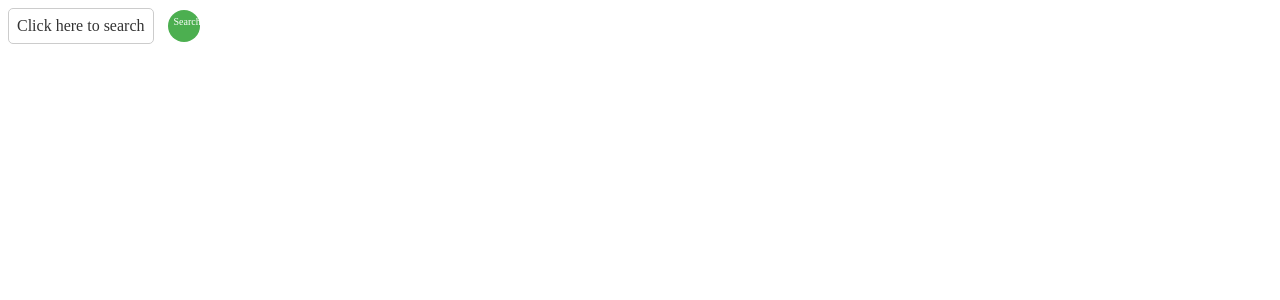
Repository: samoshi/To-do
Page: http://localhost/
These files come from the project's save history. The page is drawn as it stood at one moment and after the next save; the edit follows.
The browser window is 1280 px wide. The pictures show the whole page.
The page is served by the project's application, run on Flask 3 (app/app.py). Queries for data that is not in the repository find no rows.

Above is the page before, as saved 2024-01-14 20:29:11.

After the next save:
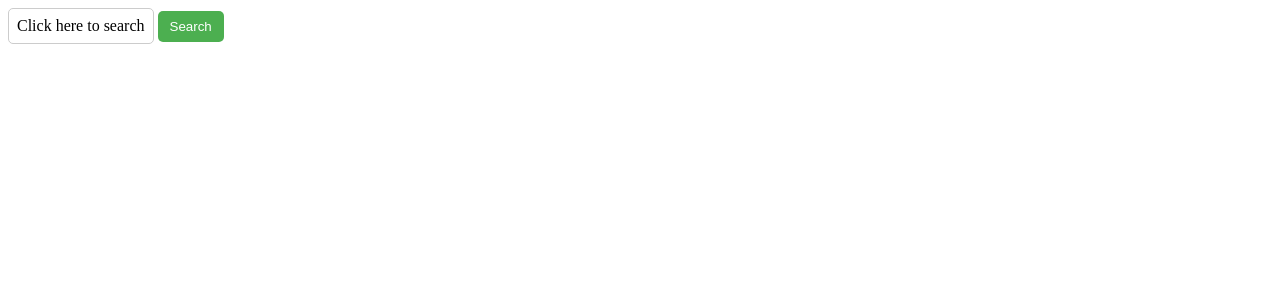
Saved 34 s later.
--- a/app/templates/index.html
+++ b/app/templates/index.html
@@ -5,12 +5,6 @@
     <meta name="viewport" content="width=device-width, initial-scale=1.0">
     <title>Clickable Search Bar</title>
     <style>
-        /* Container for the search bar and button */
-        .search-container {
-            position: relative;
-            display: inline-block;
-        }
-
         /* Style for the clickable search bar */
         .search-bar {
             display: inline-block;
@@ -18,47 +12,31 @@
             padding: 8px;
             border-radius: 5px;
             cursor: pointer;
-            text-decoration: none;
-            color: #333;
-            margin-right: 20px; /* Adjust the margin as needed */
         }
 
         /* Style for the search button */
         .search-button {
-            position: absolute;
-            top: 50%;
-            right: 0;
-            transform: translate(50%, -50%);
             background-color: #4CAF50;
             color: #fff;
             border: none;
-            padding: 6px;
-            width: 20px; /* Set the width and height to make it a perfect circle */
-            height: 20px;
-            border-radius: 50%;
+            padding: 8px 12px;
+            border-radius: 5px;
             cursor: pointer;
-            text-align: center;
-            text-decoration: none;
-            font-size: 10px;
-            margin-right: -10px; /* Adjust the negative margin for overlap */
         }
     </style>
 </head>
 <body>
 
-<!-- Container for the search bar and button -->
-<div class="search-container">
-    <!-- Clickable search bar as a link -->
-    <a href="https://example.com/search" class="search-bar">
-        Click here to search
-        <!-- You can include an icon or any other content if needed -->
-    </a>
+<!-- Clickable search bar -->
+<div class="search-bar" onclick="window.location.href='https://example.com/search'">
+    Click here to search
+    <!-- You can include an icon or any other content if needed -->
+</div>
 
-    <!-- Search button (optional) -->
-    <a href="https://example.com/search" class="search-button">
-        Search
-    </a>
-</div>
+<!-- Search button (optional) -->
+<button class="search-button" onclick="window.location.href='https://example.com/search'">
+    Search
+</button>
 
 </body>
 </html>
